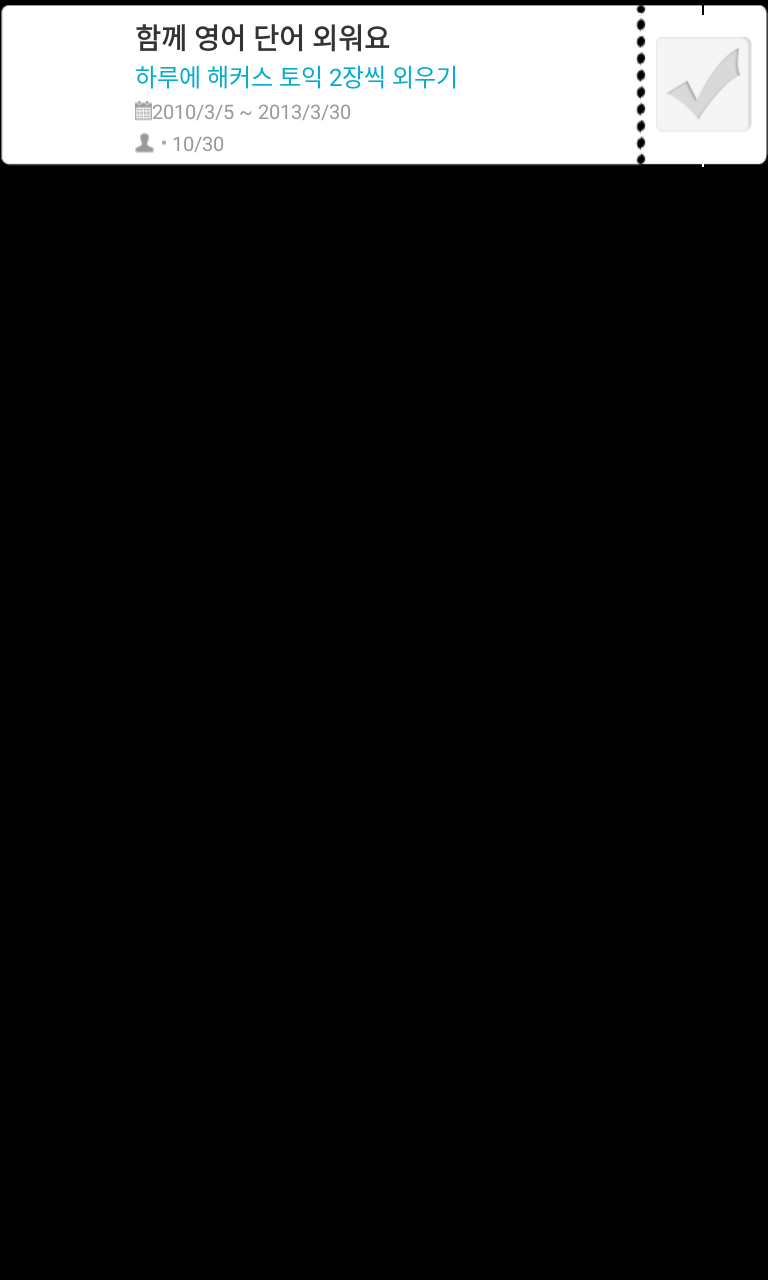
Repository: belhyun/witherest-android
Layout: Witherest/res/layout/mycheck_list_item_row.xml
The author's editor kept a copy of each file at every save. The layout is drawn from the files as they stood at one save, then again after the next save.
It is drawn on a 768 x 1280 px phone screen (xhdpi) without system bars, with theme android:Theme.Holo; the app's code is not run.

Above is the layout before, as saved 2013-07-06 09:48:58.

### Witherest/res/layout/mycheck_list_item_row.xml
<?xml version="1.0" encoding="utf-8"?>
<LinearLayout xmlns:android="http://schemas.android.com/apk/res/android"
    android:layout_width="fill_parent"
    android:layout_height="fill_parent"
    android:paddingTop="0dip"
    android:paddingBottom="0dp" >

    <RelativeLayout
        android:id="@+id/main_contaniner"
        android:layout_width="fill_parent"
        android:layout_height="wrap_content"
        android:clickable="true"
        android:paddingTop="2dp"
        android:paddingBottom ="2dp">

        <RelativeLayout
            android:id="@+id/mycheck_row_left_contaniner"
            android:layout_width="fill_parent"
            android:layout_height="wrap_content"
            android:layout_toLeftOf="@+id/mycheck_row_right_contaniner"
            android:background="@drawable/mycheck_list_row_on_off"
            android:clickable="true"
            android:paddingBottom="5dp"
            android:paddingTop="6dp" >

            <LinearLayout
                android:id="@+id/mycheck_row_thumbnail"
                android:layout_width="wrap_content"
                android:layout_height="wrap_content"
                android:layout_alignParentLeft="true"
                android:layout_centerVertical="true"
                android:layout_marginRight="5dip"
                android:gravity="center" >

                <ImageView
                    android:id="@+id/list_image"
                    android:layout_width="50dip"
                    android:layout_height="50dip"
                    android:layout_marginLeft="3dp"
                    android:layout_marginRight="5dp"
                     />
            </LinearLayout>

            <TextView
                android:id="@+id/mycheck_room_title_textview"
                android:layout_width="fill_parent"
                android:layout_height="wrap_content"
                android:layout_alignTop="@id/mycheck_row_thumbnail"
                android:layout_toRightOf="@id/mycheck_row_thumbnail"
                android:text="함께 영어 단어 외워요"
                android:textColor="#333333"
                android:textSize="14sp"
                android:textStyle="bold"
                />

            <TextView
                android:id="@+id/mycheck_room_purpose_textview"
                android:layout_width="fill_parent"
                android:layout_height="wrap_content"
                android:layout_below="@id/mycheck_room_title_textview"
                android:layout_toRightOf="@id/mycheck_row_thumbnail"
                android:ellipsize="end"
                android:maxLines="1"
                android:text="하루에 해커스 토익 2장씩 외우기"
                android:textColor="#07ACCA"
                android:textSize="12sp" />

            <LinearLayout
                android:id="@+id/mycheck_term_container"
                android:layout_width="fill_parent"
                android:layout_height="wrap_content"
                android:layout_alignParentRight="false"
                android:layout_marginTop = "2dp"
                android:layout_below="@id/mycheck_room_purpose_textview"
                android:layout_toRightOf="@id/mycheck_row_thumbnail"
                android:gravity="center_vertical"
                android:orientation="horizontal" >

                <ImageView
                    android:layout_width="wrap_content"
                    android:layout_height="wrap_content"
                    android:src="@drawable/main_date_icon_bg" />

                <TextView
                    android:id="@+id/mycheck_room_team_textview"
                    android:layout_width="fill_parent"
                    android:layout_height="wrap_content"
                    android:ellipsize="end"
                    android:maxLines="1"
                    android:text="2010/3/5 ~ 2013/3/30"
                    android:textColor="#999999"
                    android:textSize="10sp" />

                <ImageView
                    android:layout_width="wrap_content"
                    android:layout_height="wrap_content"
                    android:layout_marginLeft="4dp"
                    android:layout_marginRight="3dp"
                    android:src="@drawable/main_dot_bg" />
            </LinearLayout>

            <LinearLayout
                android:layout_width="fill_parent"
                android:layout_height="wrap_content"
                android:layout_alignParentRight="false"
                android:layout_below="@id/mycheck_term_container"
                android:layout_toRightOf="@id/mycheck_row_thumbnail"
                android:gravity="center_vertical"
                android:orientation="horizontal"
                android:layout_marginTop = "2dp" >

                <ImageView
                    android:layout_width="wrap_content"
                    android:layout_height="wrap_content"
                    android:src="@drawable/main_people_icon_bg" />

                <ImageView
                    android:layout_width="wrap_content"
                    android:layout_height="wrap_content"
                    android:layout_marginLeft="4dp"
                    android:layout_marginRight="3dp"
                    android:src="@drawable/main_dot_bg" />

                <TextView
                    android:id="@+id/mycheck_room_joincount_textview"
                    android:layout_width="fill_parent"
                    android:layout_height="wrap_content"
                    android:ellipsize="end"
                    android:maxLines="1"
                    android:text="10/30"
                    android:textColor="#999999"
                    android:textSize="10sp" />
            </LinearLayout>
        </RelativeLayout>

        <RelativeLayout
            android:id="@id/mycheck_row_right_contaniner"
            android:layout_width="wrap_content"
            android:layout_height="wrap_content"
            android:layout_alignParentRight="true"
            android:layout_alignTop="@id/mycheck_row_left_contaniner"
            android:layout_alignBottom="@id/mycheck_row_left_contaniner"
            android:background="@drawable/main_checkbutton_bg2"
            android:gravity="center"
            android:padding="3dp" >

            <CheckBox
                android:id="@+id/mycheck_check_btn"
                android:layout_width="wrap_content"
                android:layout_height="wrap_content"
                android:background="@drawable/mycheck_check_button_of_off"
                android:button="@drawable/checkbox_bg" />
        </RelativeLayout>


    </RelativeLayout>

     <TextView
            android:id="@+id/alramtime_badge"
            android:layout_width="wrap_content"
            android:layout_height="wrap_content"
            android:layout_alignLeft="@id/main_contaniner"
            android:layout_alignTop="@id/main_contaniner"
            android:background="@drawable/alarm_notice_bg"
            android:gravity="center_horizontal|center_vertical"
            android:textColor="#000000"
            android:textSize = "10sp"
     		android:paddingBottom="4dp"
     		android:paddingLeft = "8dp"
            android:minWidth="25dp"
            android:text="12:39"
             />

    <TextView
            android:id="@+id/mycheck_badge"
            android:layout_width="wrap_content"
            android:layout_height="17dp"
            android:layout_alignRight="@id/main_contaniner"
            android:layout_alignTop="@id/main_contaniner"
            android:background="@drawable/main_checknumber_bg"
            android:padding="0dp"
            android:gravity="center_vertical|center_horizontal"
            android:textColor="#ffffff"
            android:textSize = "12sp"
            android:textStyle="bold"
            android:paddingBottom="20dp"
            android:minWidth="25dp"
            android:text="12"
             />

</LinearLayout>

### Witherest/res/drawable/mycheck_list_row_on_off.xml
<?xml version="1.0" encoding="utf-8"?>
<selector xmlns:android="http://schemas.android.com/apk/res/android">

    <item android:drawable="@drawable/main_checkinformation_btn_off2" android:state_pressed="false" android:state_selected="false"/>
    <item android:drawable="@drawable/main_checkinformation_btn_on2" android:state_pressed="true"/>
    <item android:drawable="@drawable/main_checkinformation_btn_on2" android:state_pressed="false" android:state_selected="true"/>

</selector>

### Witherest/res/drawable/mycheck_check_button_of_off.xml
<?xml version="1.0" encoding="utf-8"?>
<selector
	xmlns:android="http://schemas.android.com/apk/res/android">
    <item
    	android:state_checked="true"
    	android:drawable="@drawable/main_checkbu_btn_on"/>
    <item
    	android:drawable="@drawable/main_checkbu_btn_off"/>
</selector>

### Witherest/res/drawable/checkbox_bg.xml
<?xml version="1.0" encoding="utf-8"?>
<shape xmlns:android="http://schemas.android.com/apk/res/android" >
    <solid android:color="#00ffffff"/>
</shape>

After the next save:
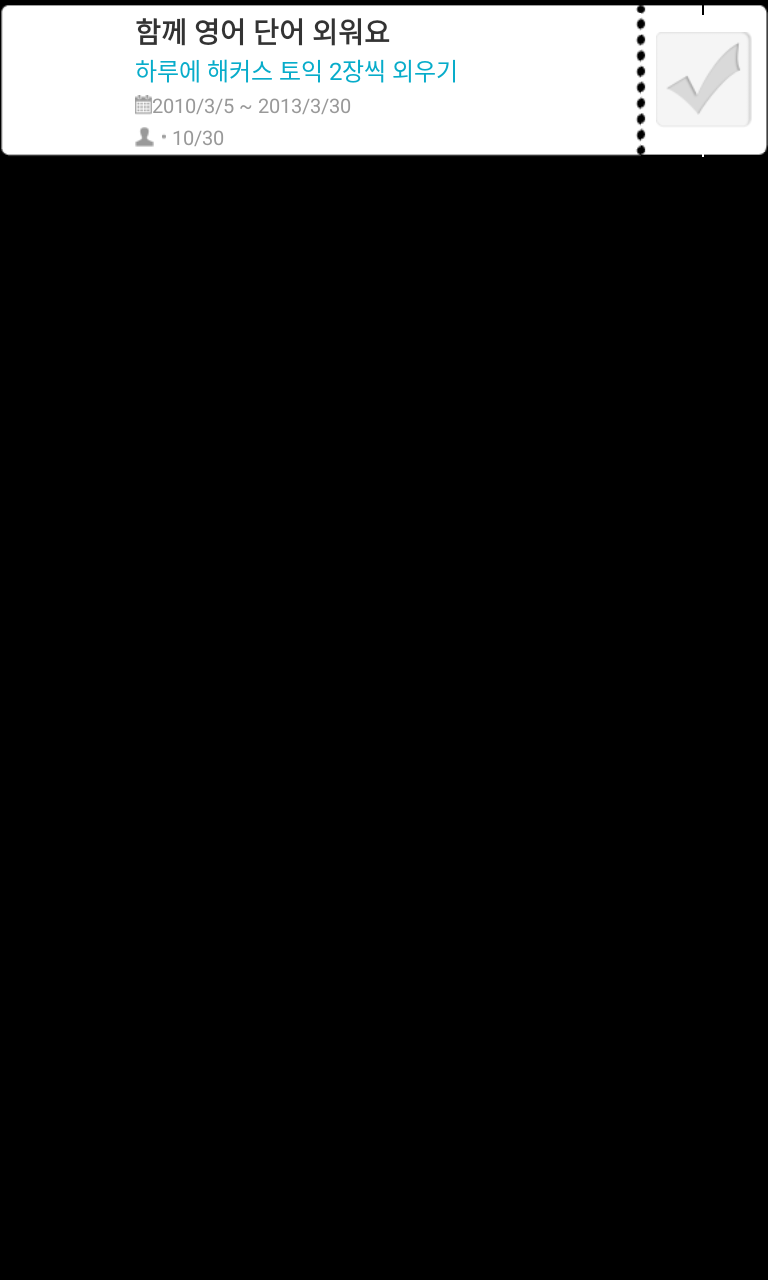
Saved 17 s later.
--- a/Witherest/res/layout/mycheck_list_item_row.xml
+++ b/Witherest/res/layout/mycheck_list_item_row.xml
@@ -20,8 +20,8 @@
             android:layout_toLeftOf="@+id/mycheck_row_right_contaniner"
             android:background="@drawable/mycheck_list_row_on_off"
             android:clickable="true"
-            android:paddingBottom="5dp"
-            android:paddingTop="6dp" >
+            android:paddingBottom="3dp"
+            android:paddingTop="3dp" >
 
             <LinearLayout
                 android:id="@+id/mycheck_row_thumbnail"
